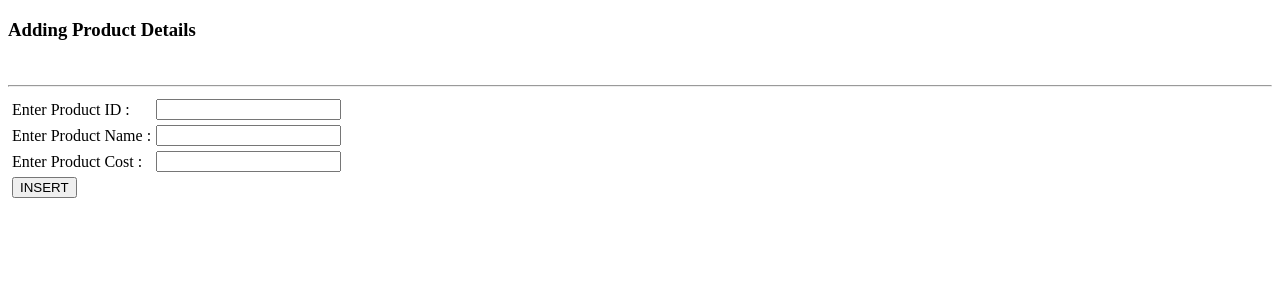
Repository: uaganesh/training
Page: ProductDetails/src/main/webapp/index.html
These files come from the project's save history. The page is drawn as it stood at one moment and after the next save; the edit follows.
The browser window is 1280 px wide. The pictures show the whole page.

Above is the page before, as saved 2022-08-09 03:11:05.

### ProductDetails/src/main/webapp/index.html
<!DOCTYPE html>
<html>
<head>
<meta charset="ISO-8859-1">
<title>Product Details</title>
</head>
<body>
<form action="ProductController" method="post">
<h3>Adding Product Details</h3><br>
<hr>
<table cellspacing="3">
<tr>
<td>Enter Product ID :</td><td><input type="text" name="pid"></td>
</tr>
<tr>
<td>Enter Product Name :</td><td><input type="text" name="pname"></td>
</tr>
<tr>
<td>Enter Product Cost :</td><td><input type="text" name="price"></td>
</tr>
<tr>
<td><input type="submit" value="INSERT"></td>
</tr>
</table>
</form>
</body>
</html>

After the next save:
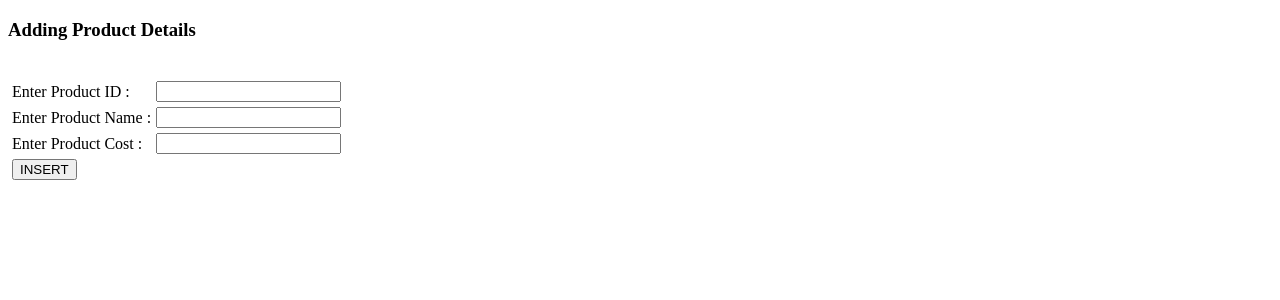
Saved 31 s later.
--- a/ProductDetails/src/main/webapp/index.html
+++ b/ProductDetails/src/main/webapp/index.html
@@ -6,8 +6,8 @@
 </head>
 <body>
 <form action="ProductController" method="post">
-<h3>Adding Product Details</h3><br>
-<hr>
+<h3 color="red">Adding Product Details</h3><br>
+
 <table cellspacing="3">
 <tr>
 <td>Enter Product ID :</td><td><input type="text" name="pid"></td>
